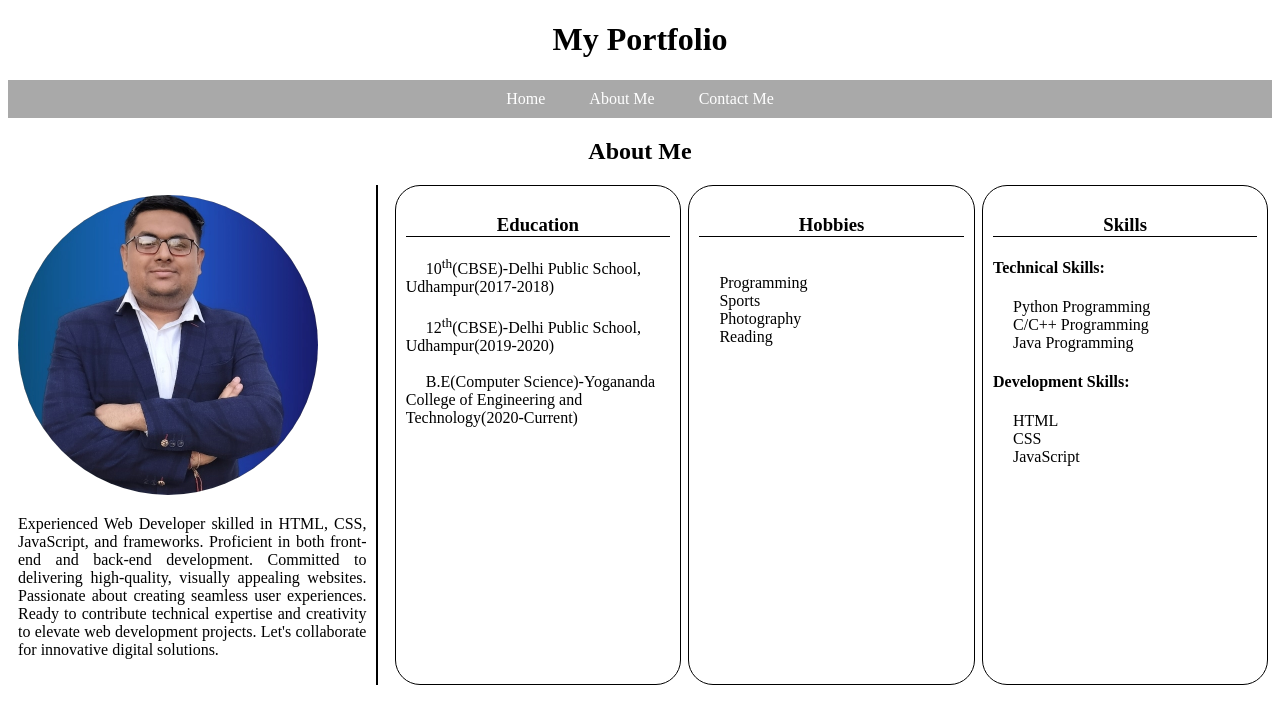
Repository: harshitanthal1/my_portfolio
Page: aboutme.html
The author's editor kept a copy of each file at every save. The page is drawn from the files as they stood at one save, then again after the next save.
The browser window is 1280 px wide. The pictures show the whole page.

Above is the page before, as saved 2024-02-04 10:27:38.

### aboutme.html
<!DOCTYPE html>
<html lang="en">
<head>
    <meta charset="UTF-8">
    <meta name="viewport" content="width=device-width, initial-scale=1.0">
    <title>My Portfolio</title>
    <link rel="stylesheet" href="styles/styles.css" />
</head>
<body>
    <header><h1>My Portfolio</h1></header>
    <nav>
        <li><a href="index.html" >Home</a></li>
        <li><a href="aboutme.html" >About Me</a></li>
        <li><a href="contactme.html" >Contact Me</a></li>
    </nav>
    <h2>About Me</h2>
    <main>
    <div id="profile">
        <img src="images/my_pic.jpg" width="300px" alt="Avatar" />
        <p>
            Experienced Web Developer skilled in HTML, CSS, JavaScript, and frameworks. Proficient in both front-end and back-end development. Committed to delivering high-quality, visually appealing websites. Passionate about creating seamless user experiences. Ready to contribute technical expertise and creativity to elevate web development projects. Let's collaborate for innovative digital solutions.
        </p>
        </div>
    <div id="info">
        <div class="sub-box">
            <h3>Education</h3>
            <li>10<sup>th</sup>(CBSE)-Delhi Public School, Udhampur(2017-2018)</li>
            <br/>
            <br/>
            <li>12<sup>th</sup>(CBSE)-Delhi Public School, Udhampur(2019-2020)</li>
            <br />
            <br/>
            <li>B.E(Computer Science)-Yogananda College of Engineering and Technology(2020-Current)</li>
        </div>
        <div class="sub-box">
            <h3>Hobbies</h3><br />
            <li>Programming</li><br />
            <li>Sports</li><br />
            <li>Photography</li><br />
            <li>Reading</li><br />
        </div>
        <div class="sub-box">
            <h3>Skills</h3>
            <h4>Technical Skills:</h4>
            <li>Python Programming</li><br />
            <li>C/C++ Programming</li><br />
            <li>Java Programming</li><br />
            <h4>Development Skills:</h4>
            <li>HTML</li><br />
            <li>CSS</li><br />
            <li>JavaScript</li><br />
        </div>
    </div>
    </main>
</body>
</html>

### styles/styles.css
header {
    text-align: center;
}

nav {
    background-color: darkgrey;
    color: white;
    padding: 10px;
    text-align: center;
}

li {
    display: inline;
    margin-right: 20px;
    margin-left: 20px;
}

a {
    text-decoration: none;
    color: white;
}

main {
    display: flex;
    flex-direction: row;
}

#profile {
    width: 29%;
    margin-right: 1%;;
    padding: 10px;
    width: 350px;
    border-right: 2px solid black;
}

#info {
    display: flex;
    width: 70%;
    justify-content: space-around;
}

.sub-box {
    width: 30%;
    border: 1.5px solid black;
    border-radius: 25px;
    padding: 10px;
}

h3 {
    text-align: center;
    border-bottom: 1.5px solid black;

}

p {
    text-align: justify;
}

img {
    border-radius: 50%;
}

h2 {
    text-align: center;
}

After the next save:
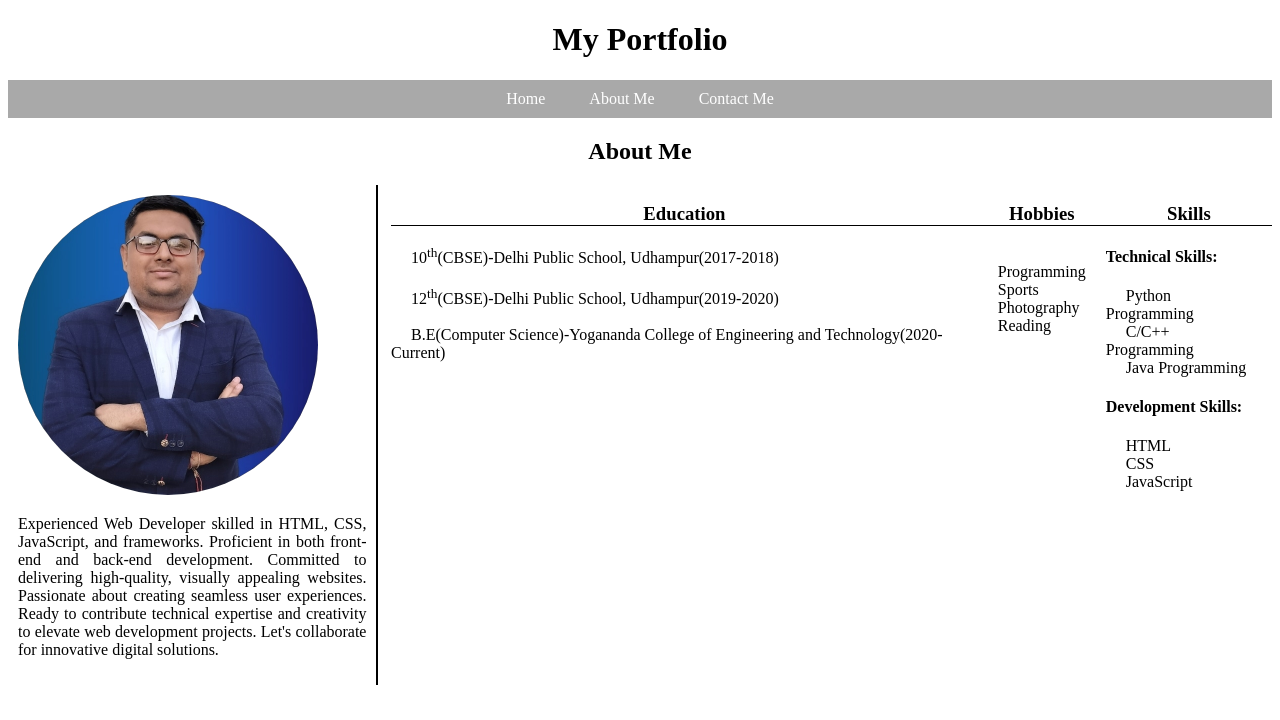
Saved 62 s later.
--- a/aboutme.html
+++ b/aboutme.html
@@ -22,7 +22,7 @@
         </p>
         </div>
     <div id="info">
-        <div class="sub-box">
+        <div class="sub-box1">
             <h3>Education</h3>
             <li>10<sup>th</sup>(CBSE)-Delhi Public School, Udhampur(2017-2018)</li>
             <br/>
@@ -32,14 +32,14 @@
             <br/>
             <li>B.E(Computer Science)-Yogananda College of Engineering and Technology(2020-Current)</li>
         </div>
-        <div class="sub-box">
+        <div class="sub-box2">
             <h3>Hobbies</h3><br />
             <li>Programming</li><br />
             <li>Sports</li><br />
             <li>Photography</li><br />
             <li>Reading</li><br />
         </div>
-        <div class="sub-box">
+        <div class="sub-box2">
             <h3>Skills</h3>
             <h4>Technical Skills:</h4>
             <li>Python Programming</li><br />
